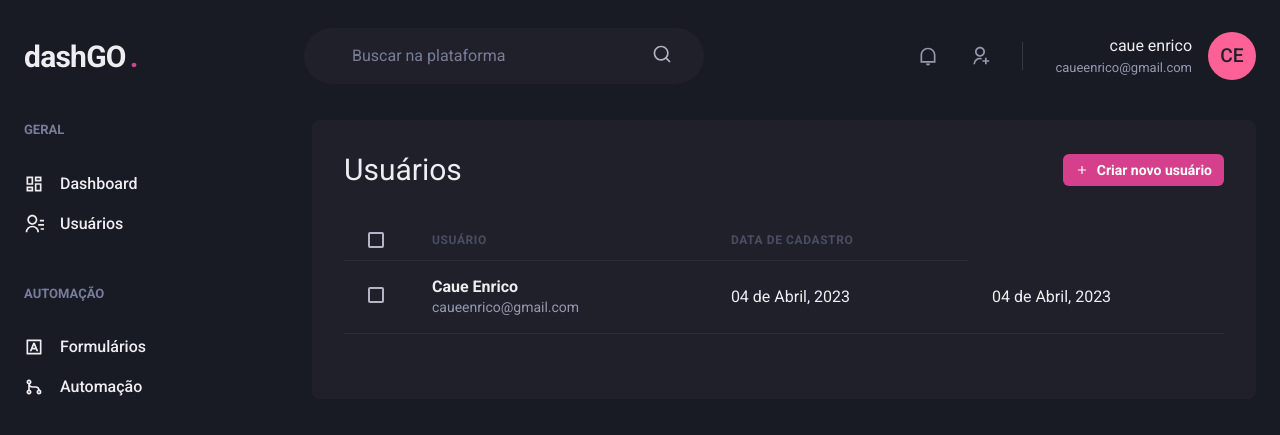
Repository: caueenrico/DashGO
Page: /user
An editor plug-in stored every save of this project. The page is shown before and after the next save, followed by the edit.
The browser window is 1280 px wide. The pictures show the whole page.
The project was rebuilt for these pictures with package versions that can differ from the ones it lists, and the page was loaded fresh each time. The framework's server and built-in components were replaced by stand-ins that run in the browser. Also part of the build but not shown: next.config.js.

Above is the page before, as saved 2023-03-15 10:56:56.

After the next save:
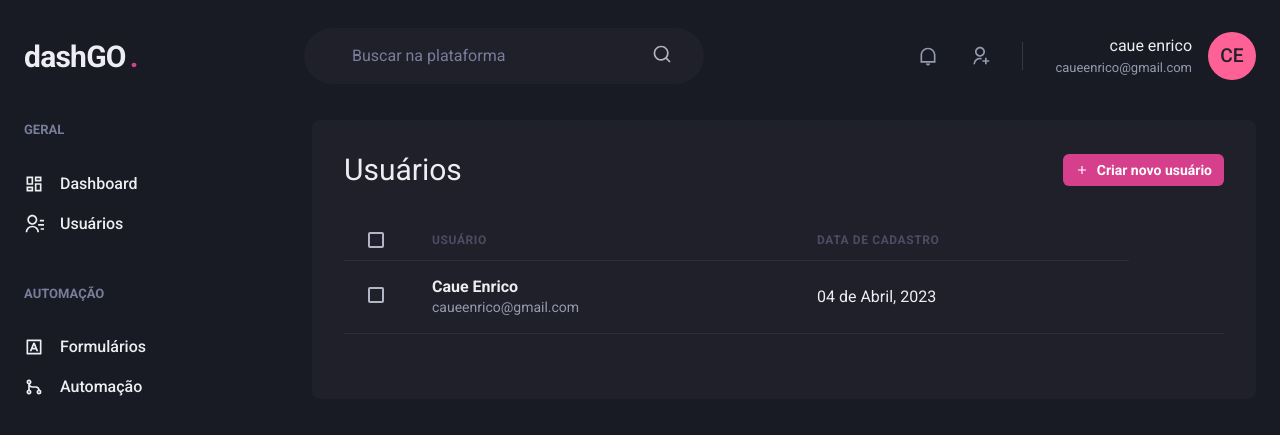
Saved 11 s later.
--- a/src/pages/user/index.tsx
+++ b/src/pages/user/index.tsx
@@ -47,7 +47,9 @@ export default function UserList() {
                   </Box>
                 </Td>
                 <Td>04 de Abril, 2023</Td>
-                <Td>04 de Abril, 2023</Td>
+                <Td>
+
+                </Td>
               </Tr>
             </Tbody>
 
